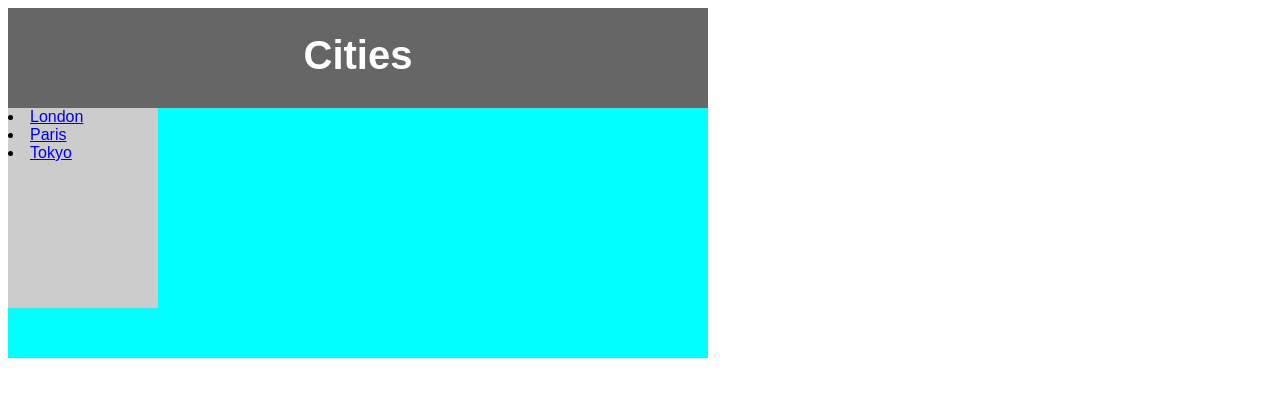
Repository: LongNguyen2504/T3H-FrondEnd
Page: Lesson3_CSS_HomeWork1.html
These files come from the project's save history. The page is drawn as it stood at one moment and after the next save; the edit follows.
The browser window is 1280 px wide. The pictures show the whole page.

Above is the page before, as saved 2021-12-01 17:41:05.

### Lesson3_CSS_HomeWork1.html
<!DOCTYPE html>
<html lang="en">
<head>
    <meta charset="UTF-8">
    <meta http-equiv="X-UA-Compatible" content="IE=edge">
    <meta name="viewport" content="width=device-width, initial-scale=1.0">
    <title>Document</title>
    <link rel="stylesheet" href="Lesson3_CSS_HomeWork1.css">
</head>
<body>
    <div class="ancestor-div" >
        <div class="city-div"  >
            <div class="div-text-city">Cities</div>
        </div>
        <div class="left-column">
            <div3 class="list">
                <li><a href="#1">London</a></li>
                <li><a href="#3">Paris</a></li>
                <li><a href="#2">Tokyo</a></li>
            </div3
        </div>
    </div>

</body>
</html>

### Lesson3_CSS_HomeWork1.css
div.ancestor-div{
    background-color: aqua;
    width: 700px; height: 350px;

    font-family: Arial, Helvetica, sans-serif;
}
div.city-div{
    background-color: #666666;

    /* height: 80px; */
    color: white;
    height: 100px;

}
div.div-text-city{
    text-align:  center;
    font-size: 40px;
    position: relative;
    top: 25px;
    font-weight: bold;
}
div.left-column{
    width: 150px;
    height: 200px;
    background-color: #cccccc;
}
div.list{
    list-style-type: none;
}

After the next save:
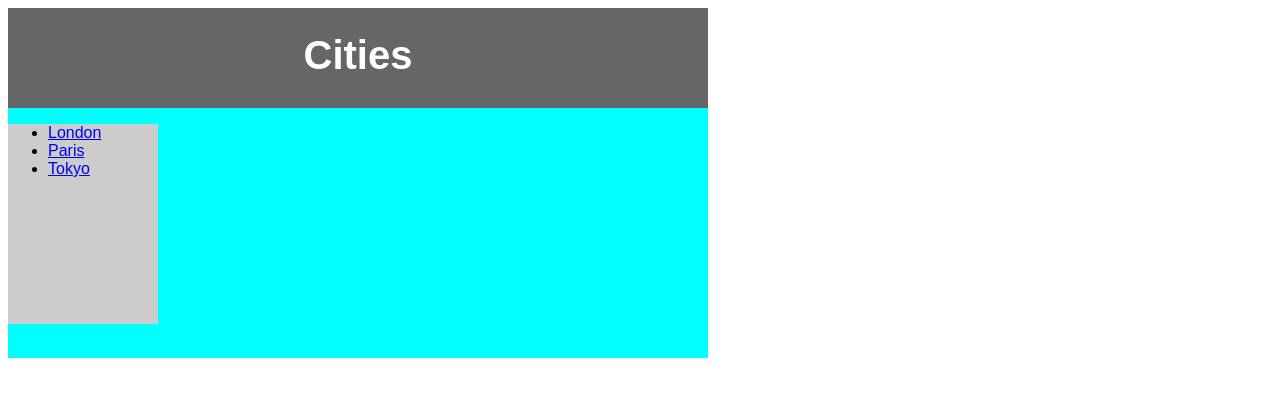
Saved 2 min 6 s later.
--- a/Lesson3_CSS_HomeWork1.html
+++ b/Lesson3_CSS_HomeWork1.html
@@ -14,9 +14,11 @@
         </div>
         <div class="left-column">
             <div3 class="list">
-                <li><a href="#1">London</a></li>
-                <li><a href="#3">Paris</a></li>
-                <li><a href="#2">Tokyo</a></li>
+                <ul class="first-list">
+                    <li><a href="#1">London</a></li>
+                    <li><a href="#3">Paris</a></li>
+                    <li><a href="#2">Tokyo</a></li>
+                </ul>
             </div3
         </div>
     </div>
--- a/Lesson3_CSS_HomeWork1.css
+++ b/Lesson3_CSS_HomeWork1.css
@@ -24,6 +24,6 @@ div.left-column{
     height: 200px;
     background-color: #cccccc;
 }
-div.list{
+div.first-list{
     list-style-type: none;
 }
